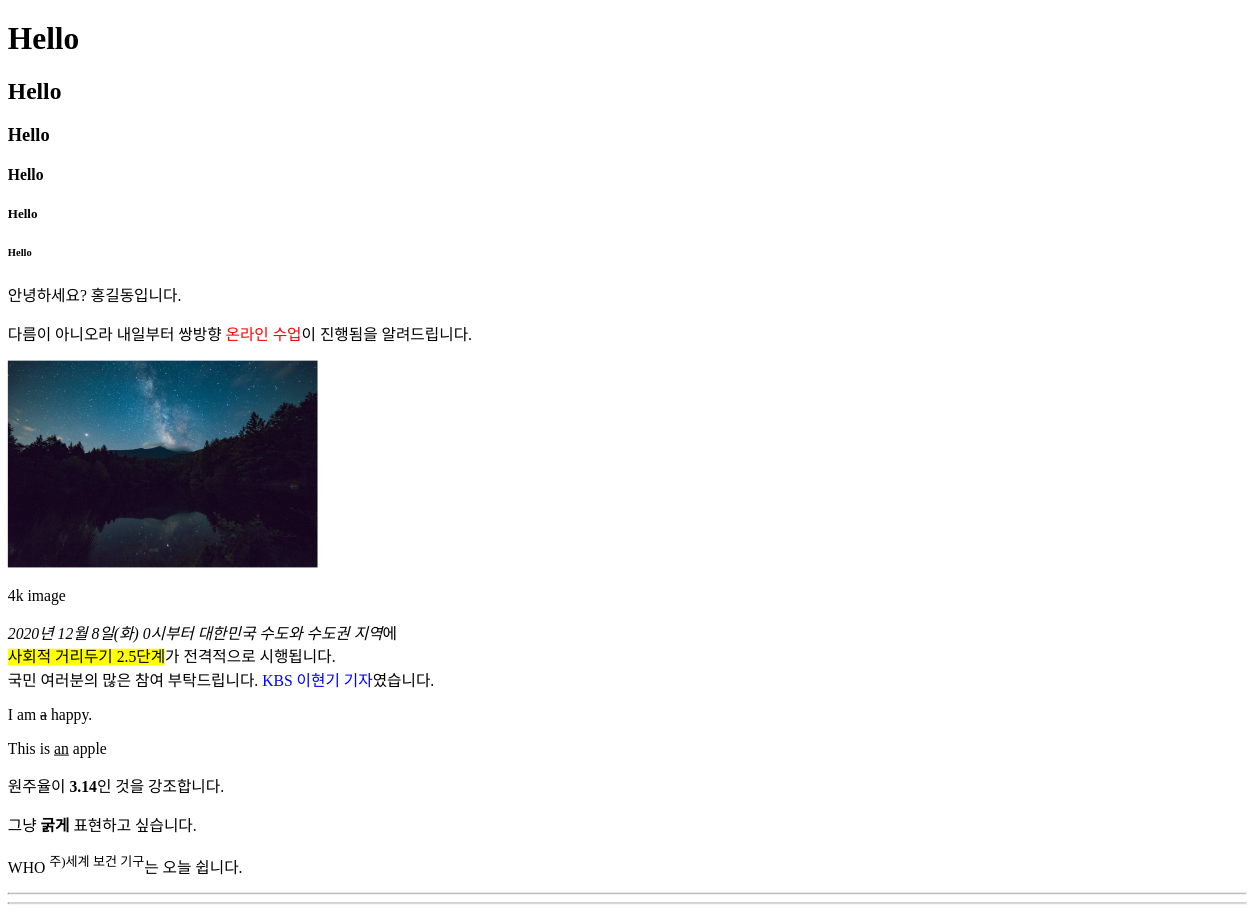
Repository: woneeseo/javastudy
Page: htmlStudy/workspace_html/HelloWorld/WebContent/f.html
These files come from the project's save history. The page is drawn as it stood at one moment and after the next save; the edit follows.
The browser window is 1280 px wide. The pictures show the whole page, at 98% of full size.

Above is the page before, as saved 2020-12-07 05:32:52.

After the next save:
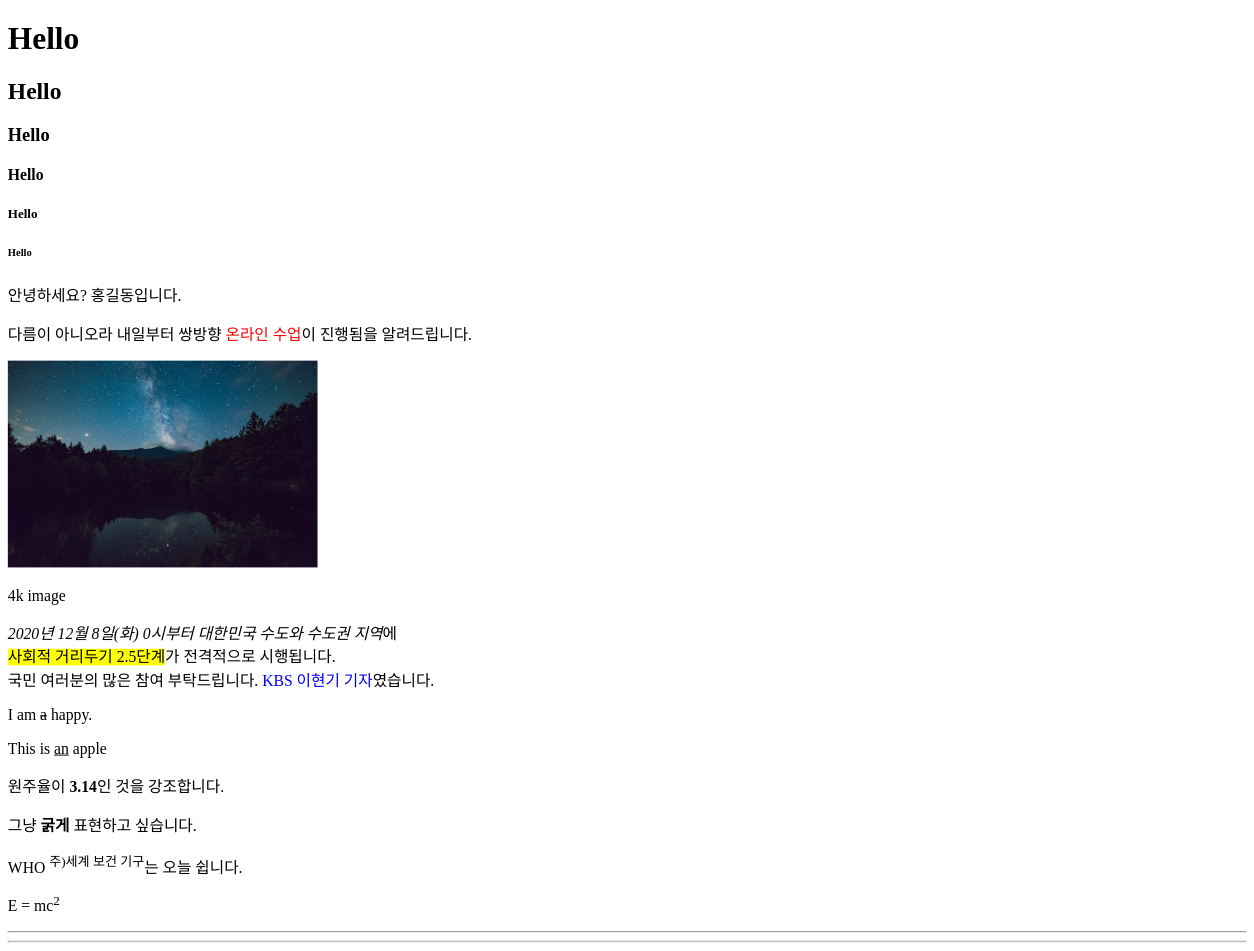
Saved 69 s later.
--- a/htmlStudy/workspace_html/HelloWorld/WebContent/f.html
+++ b/htmlStudy/workspace_html/HelloWorld/WebContent/f.html
@@ -69,6 +69,8 @@
 <!-- strong 태그를 사용해주는 것이 좋음 -->
 
 <p>WHO <sup>주)세계 보건 기구</sup>는 오늘 쉽니다.</p>
+<!-- <sup> : 주석처리하기 / 주석이 되는 텍스트가 살짝 위로 올라가게 표현됨 -->
+<p>E = mc<sup>2</sup></p>
 
 
 
